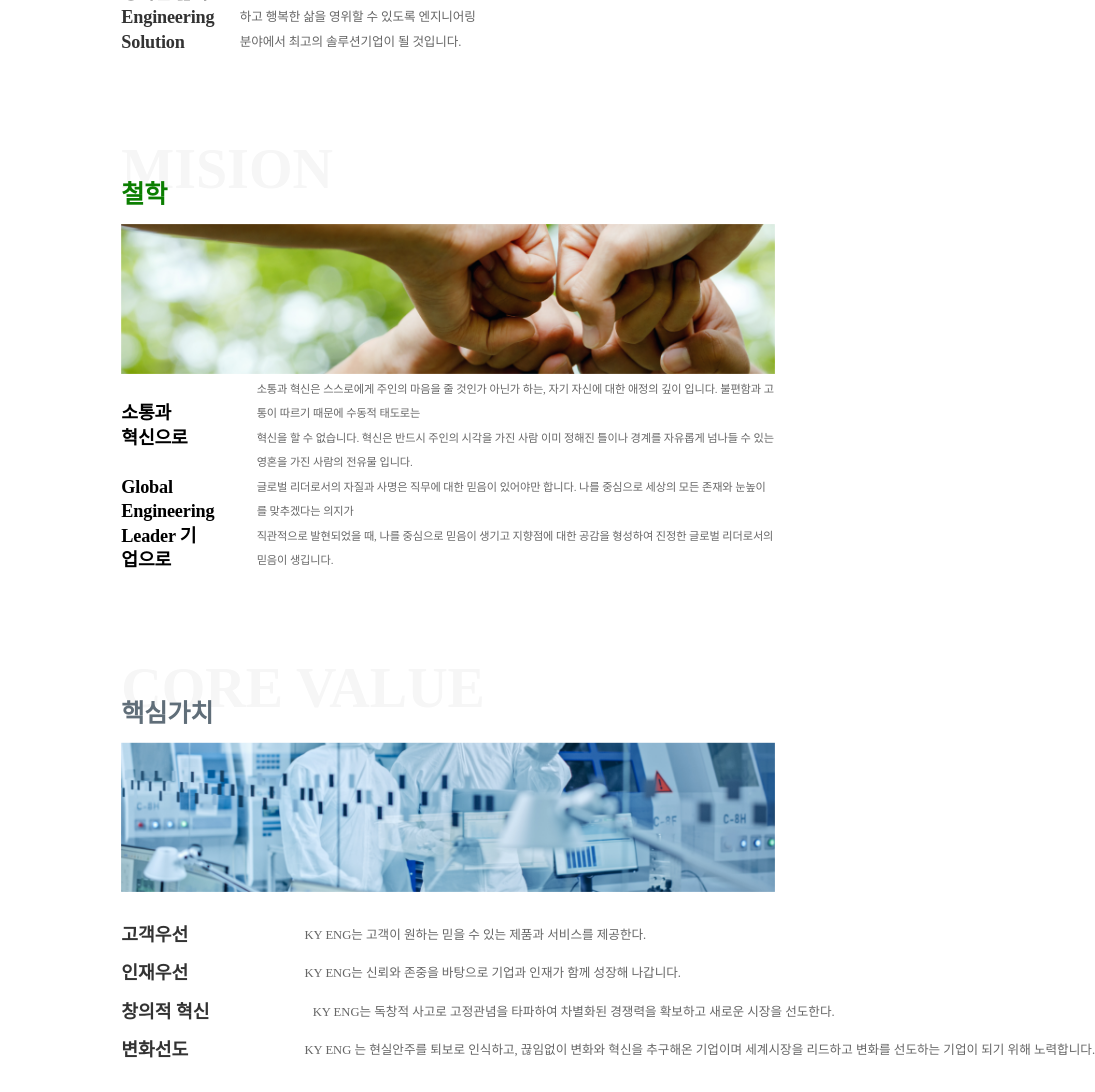
Repository: wogml3270/kumyoungENG
Page: sub/about/about_company.html
The author's editor kept a copy of each file at every save. The page is drawn from the files as they stood at one save, then again after the next save.
The browser window is 1280 px wide. The page is 1564 px wide, so the pictures cover 1564 px, including what lies to the right of the window. The pictures show the part of the page from y = 1233 to 2793 px (the page is 3033 px tall), at 70% of full size.
Some web fonts or font styles are not loaded; a fallback is used.

Above is the page before, as saved 2022-07-25 14:38:22.

After the next save:
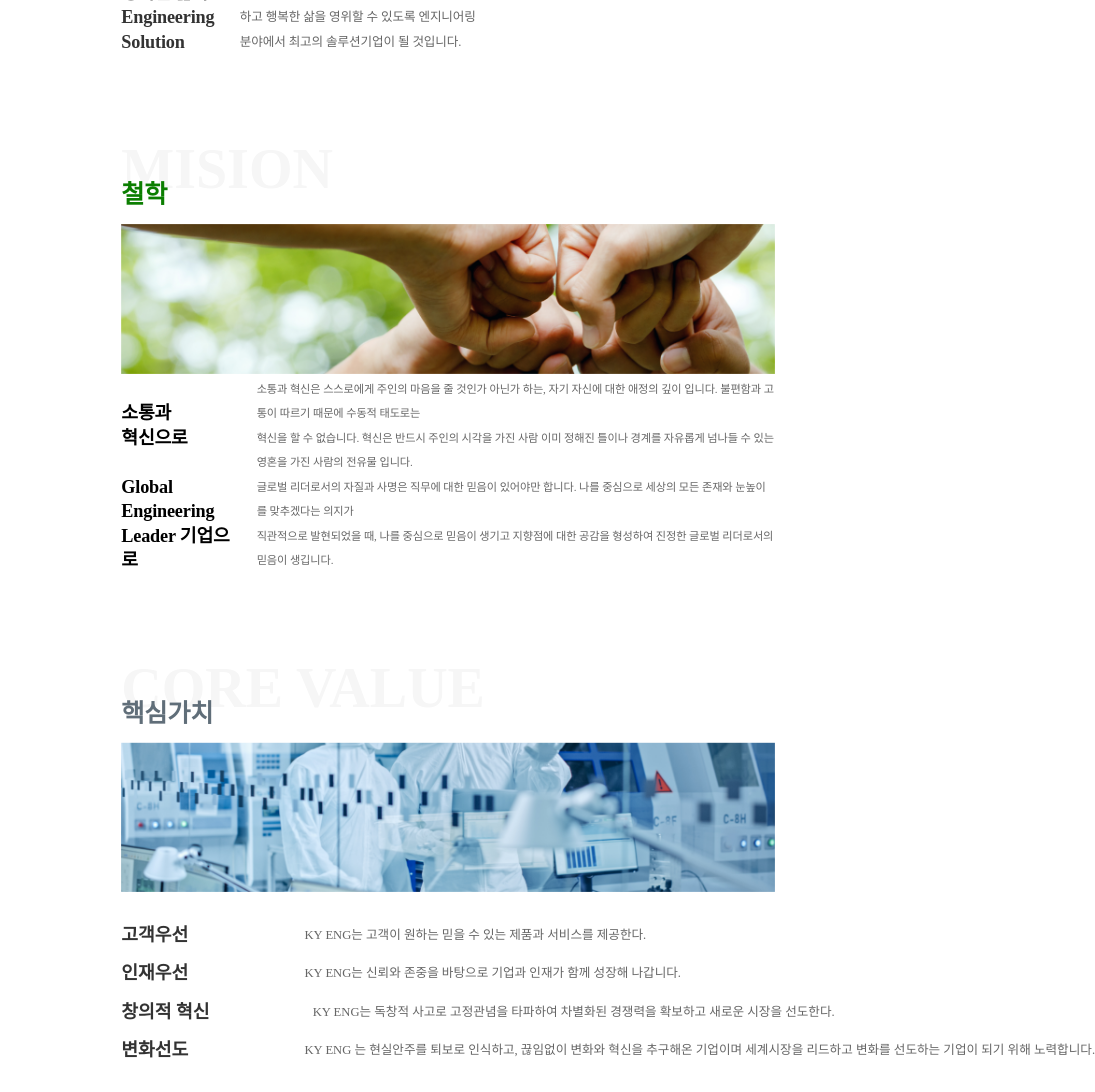
Saved 4 s later.
--- a/sub/css/about_company.css
+++ b/sub/css/about_company.css
@@ -18,7 +18,7 @@
   font-weight: 600;
   font-size: 26px;
   line-height: 35px;
-  padding-right: 7%;
+  padding-right: 3%;
 }
 td{
   font-weight: 400;
